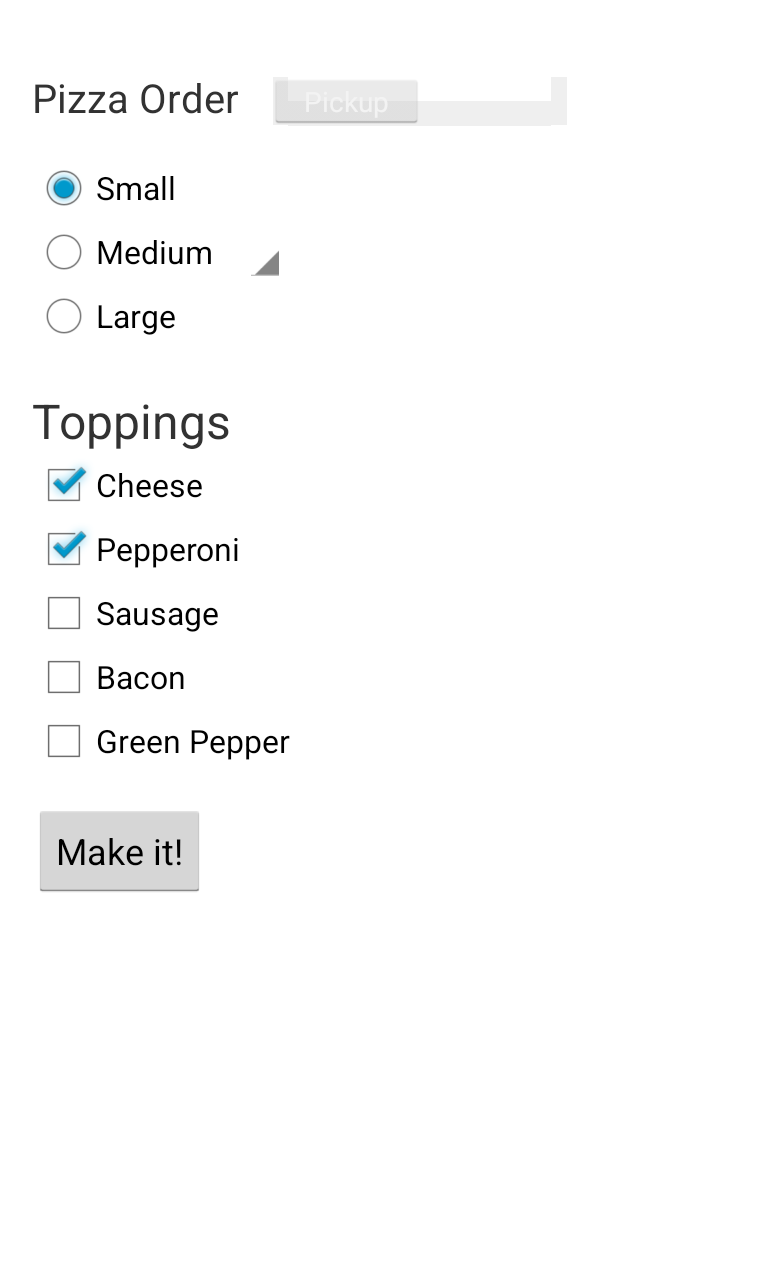
Repository: ericMedeiros93/Android-Dev
Layout: PizzaOrdering/res/layout/activity_main.xml
An editor plug-in stored every save of this project. The layout is shown before and after the next save, followed by the edit.
It is drawn on a 768 x 1280 px phone screen (xhdpi) without system bars, with theme AppTheme; the app's code is not run.

Above is the layout before, as saved 2014-09-17 17:02:39.

### PizzaOrdering/res/layout/activity_main.xml
<LinearLayout xmlns:android="http://schemas.android.com/apk/res/android"
    xmlns:tools="http://schemas.android.com/tools"
    android:layout_width="match_parent"
    android:layout_height="match_parent"
    android:orientation="vertical"
    android:paddingBottom="@dimen/activity_vertical_margin"
    android:paddingLeft="@dimen/activity_horizontal_margin"
    android:paddingRight="@dimen/activity_horizontal_margin"
    android:paddingTop="@dimen/activity_vertical_margin"
    tools:context="com.ericmedeiros.pizzaordering.MainActivity" >

    <TextView
        android:id="@+id/txtFinalOrder"
        android:layout_width="wrap_content"
        android:layout_height="wrap_content"/>

    <LinearLayout
        android:layout_width="match_parent"
        android:layout_height="wrap_content"
        android:orientation="horizontal" >

        <TextView
            android:layout_width="wrap_content"
            android:layout_height="wrap_content"
            android:text="Pizza Order"
            android:textSize="20sp" />

        <Switch
            android:id="@+id/swDeliveryPickup"
            android:layout_width="wrap_content"
            android:layout_height="wrap_content"
            android:layout_marginLeft="15dp"
            android:textOff="Pickup"
            android:textOn="Delivery" />
    </LinearLayout>

    <LinearLayout
        android:layout_width="match_parent"
        android:layout_height="wrap_content"
        android:layout_marginTop="15dp"
        android:orientation="horizontal" >

        <RadioGroup
            android:id="@+id/rgpSize"
            android:layout_width="wrap_content"
            android:layout_height="wrap_content" >

            <RadioButton
                android:id="@+id/radSmall"
                android:layout_width="match_parent"
                android:layout_height="wrap_content"
                android:checked="true"
                android:text="Small" />

            <RadioButton
                android:id="@+id/radMedium"
                android:layout_width="match_parent"
                android:layout_height="wrap_content"
                android:text="Medium" />

            <RadioButton
                android:id="@+id/radLarge"
                android:layout_width="match_parent"
                android:layout_height="wrap_content"
                android:text="Large" />
        </RadioGroup>

        <Spinner
            android:id="@+id/spnPizzAmount"
            android:layout_width="wrap_content"
            android:layout_height="wrap_content"
            android:layout_gravity="center_vertical"
            android:layout_marginLeft="15dp" />
    </LinearLayout>

    <LinearLayout
        android:layout_width="match_parent"
        android:layout_height="wrap_content"
        android:layout_marginTop="20dp"
        android:orientation="vertical" >

        <TextView
            android:layout_width="wrap_content"
            android:layout_height="wrap_content"
            android:text="Toppings"
            android:textSize="24sp" />

        <CheckBox
            android:id="@+id/chkCheese"
            android:layout_width="wrap_content"
            android:layout_height="wrap_content"
            android:checked="true"
            android:text="Cheese" />

        <CheckBox
            android:id="@+id/chkPepperoni"
            android:layout_width="wrap_content"
            android:layout_height="wrap_content"
            android:checked="true"
            android:text="Pepperoni" />

        <CheckBox
            android:id="@+id/chkSausage"
            android:layout_width="wrap_content"
            android:layout_height="wrap_content"
            android:text="Sausage" />

        <CheckBox
            android:id="@+id/chkBacon"
            android:layout_width="wrap_content"
            android:layout_height="wrap_content"
            android:text="Bacon" />

        <CheckBox
            android:id="@+id/chkGreenPepper"
            android:layout_width="wrap_content"
            android:layout_height="wrap_content"
            android:text="Green Pepper" />
    </LinearLayout>

    <Button
            android:id="@+id/btnMakeIt"
        android:layout_width="wrap_content"
        android:layout_height="wrap_content"
        android:layout_marginTop="15dp"
        android:onClick="makePizza"
        android:text="Make it!"

        />

</LinearLayout>

Loaded but not shown: PizzaOrdering/res/values/styles.xml (common file); PizzaOrdering/res/values-v11/styles.xml (common file); PizzaOrdering/res/values-v14/styles.xml (common file); PizzaOrdering/res/values/dimens.xml (common file); PizzaOrdering/res/values-w820dp/dimens.xml (common file)

After the next save:
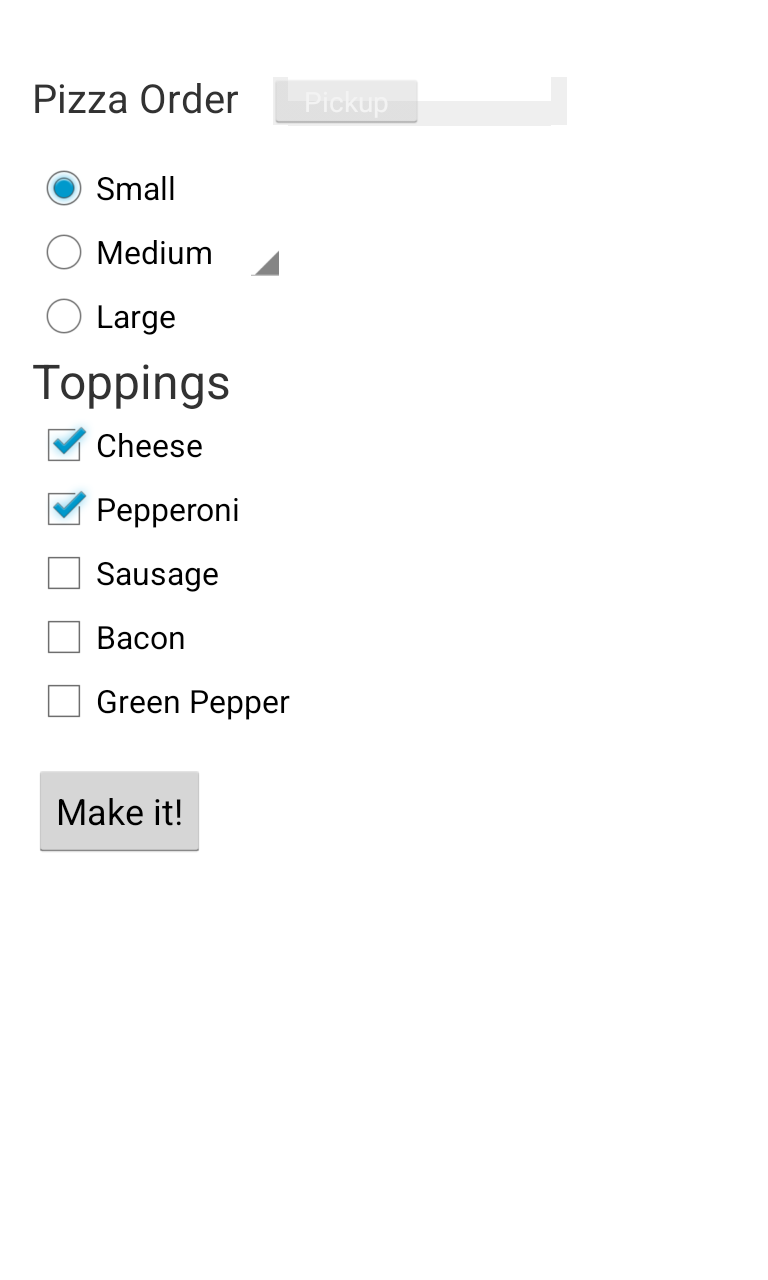
Saved 48 s later.
--- a/PizzaOrdering/res/layout/activity_main.xml
+++ b/PizzaOrdering/res/layout/activity_main.xml
@@ -76,7 +76,6 @@
     <LinearLayout
         android:layout_width="match_parent"
         android:layout_height="wrap_content"
-        android:layout_marginTop="20dp"
         android:orientation="vertical" >
 
         <TextView
